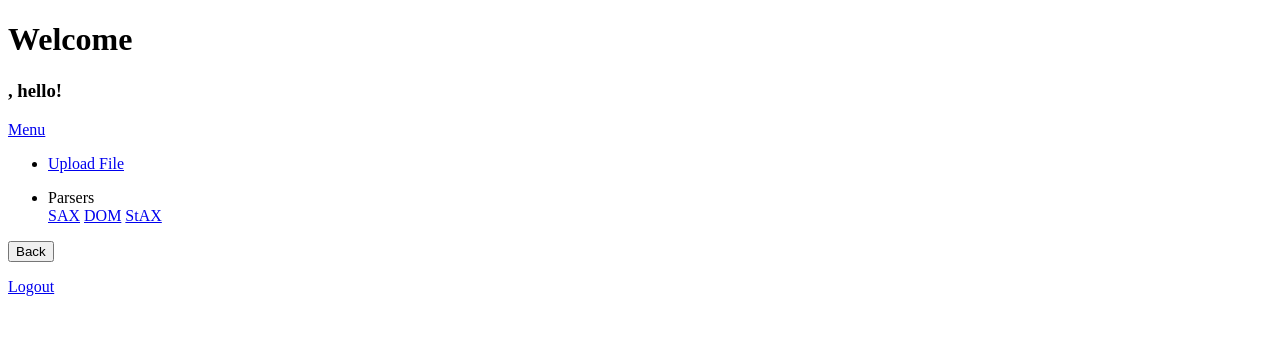
Repository: SvetlanaK367/TrainingJAVA
Page: http://localhost/FinalProject/jsp/main.jsp
An editor plug-in stored every save of this project. The page is shown before and after the next save, followed by the edit.
The browser window is 1280 px wide. The pictures show the whole page.
The page is served by Tomcat 9. Other server files are loaded and not shown.

Above is the page before, as saved 2017-04-02 19:24:39.

### FinalProject/WebContent/jsp/main.jsp
<%@ page language="java" contentType="text/html; charset=UTF-8"
    pageEncoding="UTF-8"%>
<!DOCTYPE html PUBLIC "-//W3C//DTD HTML 4.01 Transitional//EN" "http://www.w3.org/TR/html4/loose.dtd">
<html>
<head>
<meta http-equiv="Content-Type" content="text/html; charset=UTF-8">
<title>Welcome</title>
</head>
<body>
	<h1>Welcome</h1>
		<h3> ${user}, hello!</h3>

	<div class="container">
		<a class="navbar-brand" href="#">Menu</a>
		  <div class="collapse navbar-collapse" id="navbarNavDropdown">
		    <ul class="navbar-nav">
		      <li class="nav-item">
		        <a class="nav-link" href="jsp/fileUpload.jsp">Upload File</a>
		      </li>
		     </ul>
		     <ul>
		      <li class="nav-item dropdown">
		        Parsers
		        <div class="dropdown-menu">
		          <a class="dropdown-item" href="parsed?parser=SAX">SAX</a>
		          <a class="dropdown-item" href="parsed?parser=DOM">DOM</a>
		          <a class="dropdown-item" href="parsed?parser=STAX">StAX</a>
		        </div>
		      </li>
		    </ul>
		  </div>
			<form action="index.jsp">
				<input class="btn btn-primary" type="submit" value="Back">
			</form>
	</div>


	<p style="color:red"><a href="controller?command=logout">Logout</a></p>
</body>
</html>

After the next save:
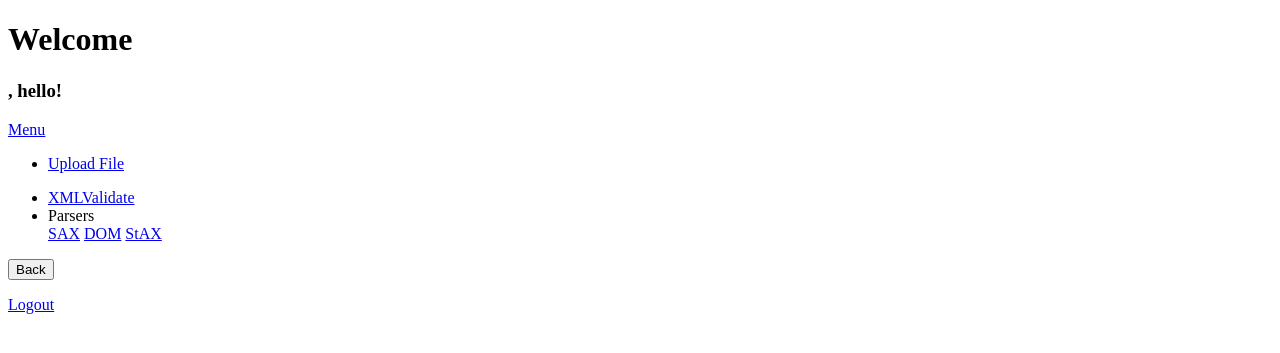
Saved 2 min 17 s later.
--- a/FinalProject/WebContent/jsp/main.jsp
+++ b/FinalProject/WebContent/jsp/main.jsp
@@ -19,6 +19,9 @@
 		      </li>
 		     </ul>
 		     <ul>
+		      <li class="nav-item">
+		        <a class="nav-link" href="jsp/fileUpload.jsp">XMLValidate</a>
+		      </li>
 		      <li class="nav-item dropdown">
 		        Parsers
 		        <div class="dropdown-menu">
